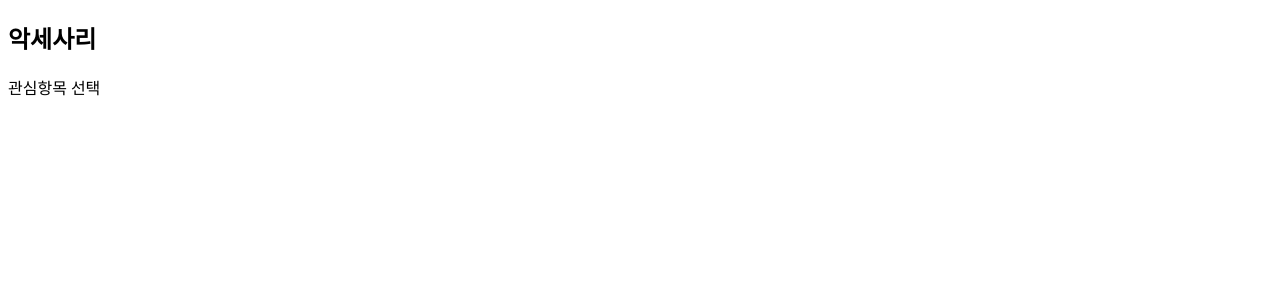
Repository: itrecipe/Web_ez
Page: http://localhost/jspCh07/17_checkbox.jsp
The author's editor kept a copy of each file at every save. The page is drawn from the files as they stood at one save, then again after the next save.
The browser window is 1280 px wide. The pictures show the whole page.
The page is served by Tomcat 9.

Above is the page before, as saved 2023-04-04 03:38:26.

After the next save:
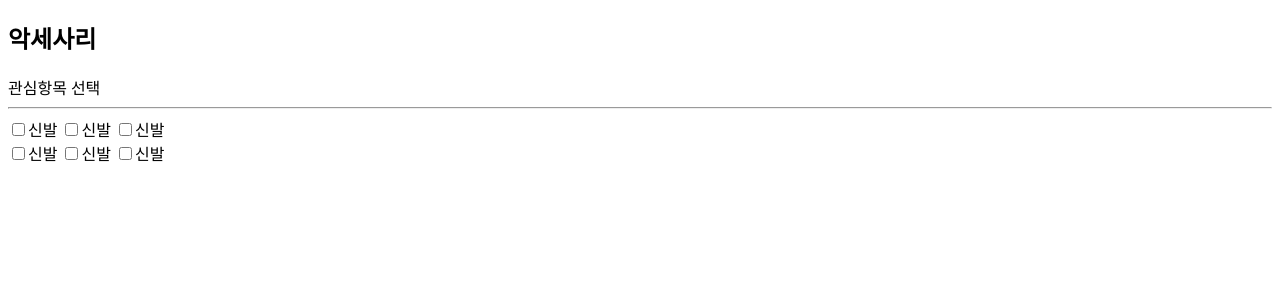
Saved 60 s later.
--- a/jspCh07/src/main/webapp/17_checkbox.jsp
+++ b/jspCh07/src/main/webapp/17_checkbox.jsp
@@ -11,5 +11,15 @@
 
 <h2>악세사리</h2>
 관심항목 선택
+<hr>
+<form method="get" action="17_paramvalues.jsp">
+	<input type="checkbox" name="item" value="신발">신발
+	<input type="checkbox" name="item" value="신발">신발
+	<input type="checkbox" name="item" value="신발">신발<br>
+	<input type="checkbox" name="item" value="신발">신발
+	<input type="checkbox" name="item" value="신발">신발
+	<input type="checkbox" name="item" value="신발">신발
+
+</form>
 </body>
 </html>
